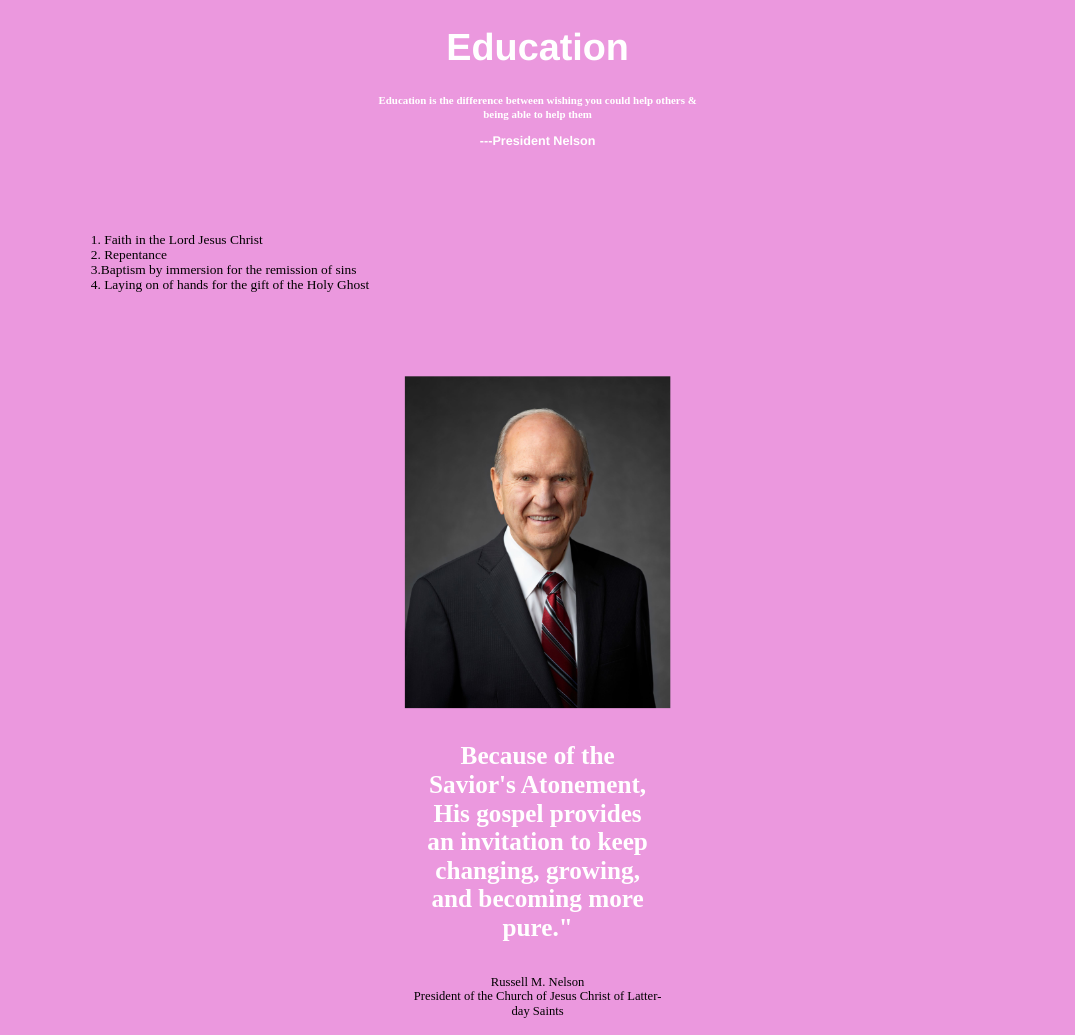
Repository: mszakutumela/wdd130
Page: W04_Challenge/index.html
These files come from the project's save history. The page is drawn as it stood at one moment and after the next save; the edit follows.
The browser window is 1280 px wide. The pictures show the whole page, at 84% of full size.

Above is the page before, as saved 2023-06-05 13:13:07.

After the next save:
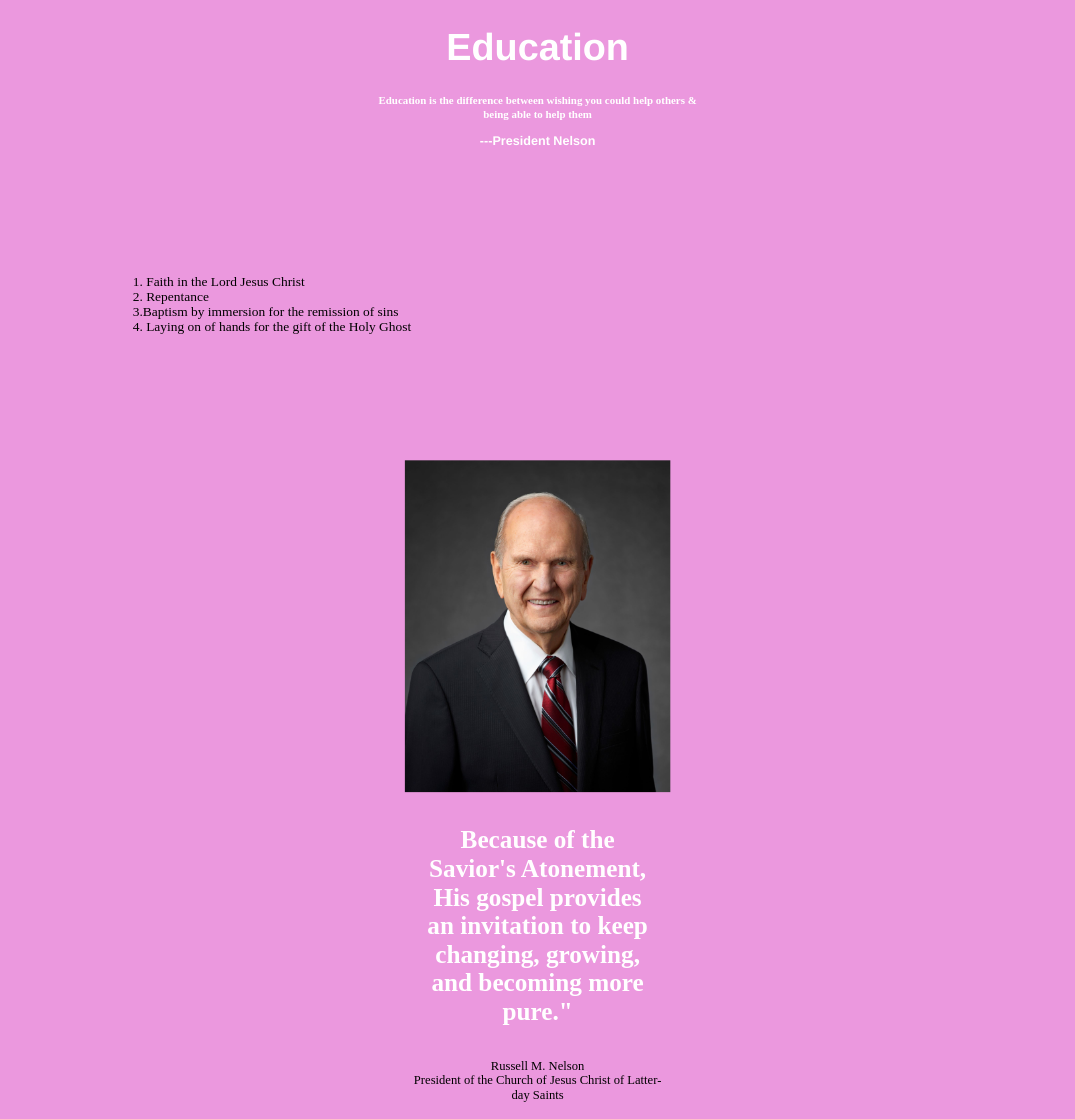
Saved 14 s later.
--- a/W04_Challenge/styles/styles.css
+++ b/W04_Challenge/styles/styles.css
@@ -26,7 +26,7 @@
 }
 p {
     color: black;
-    margin: 100px;
+    margin: 150px;
     /* text-align: center;   */
 }
 h4 {
